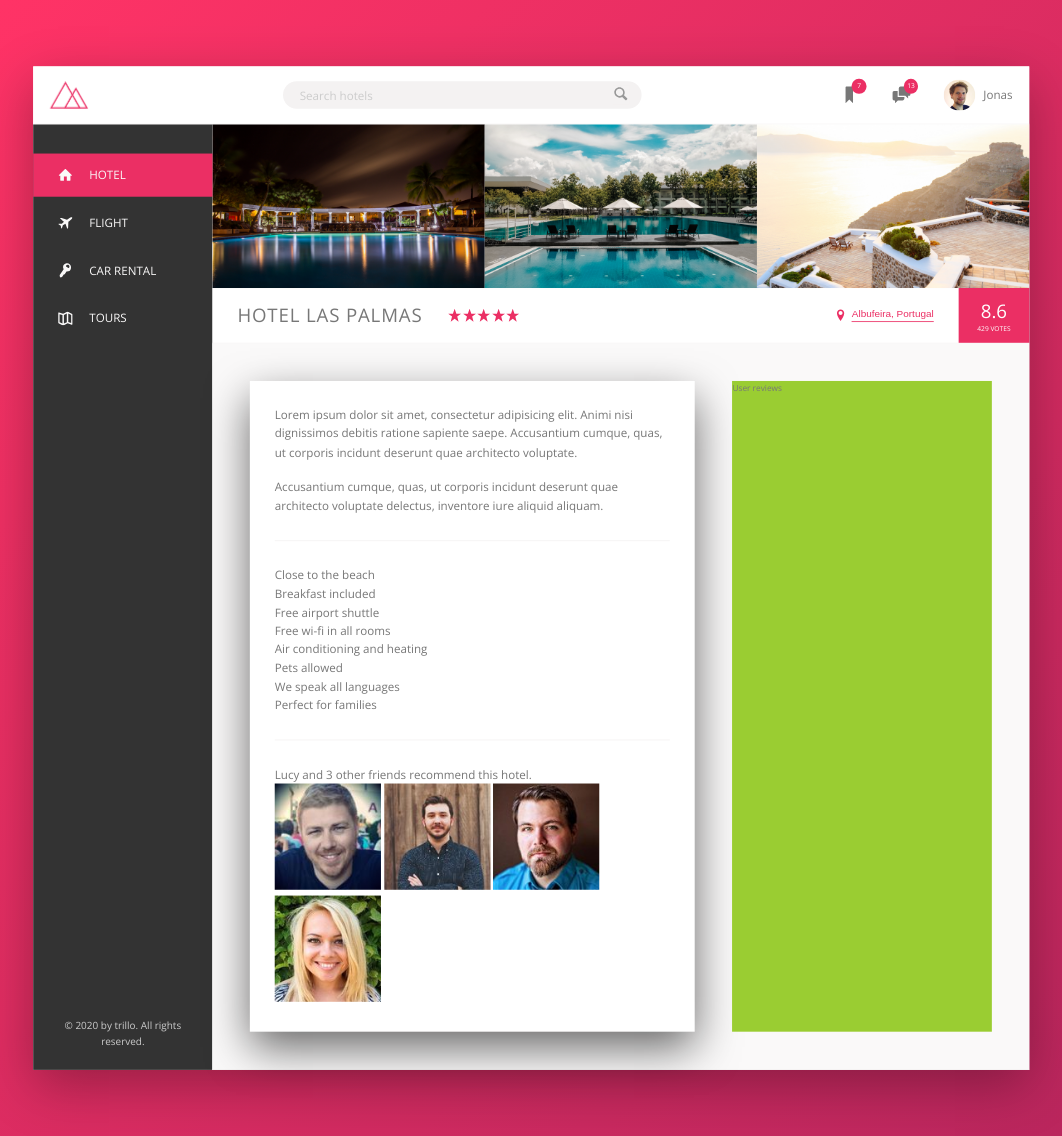
Repository: Lithium87/Trillo
Page: index.html
These files come from the project's save history. The page is drawn as it stood at one moment and after the next save; the edit follows.
The browser window is 1280 px wide. The pictures show the whole page, at 83% of full size.
The style sheet was rebuilt from its Sass, Less or Tailwind sources for each picture, by a compiler version that may differ from the author's.

Above is the page before, as saved 2020-05-16 23:58:55.

After the next save:
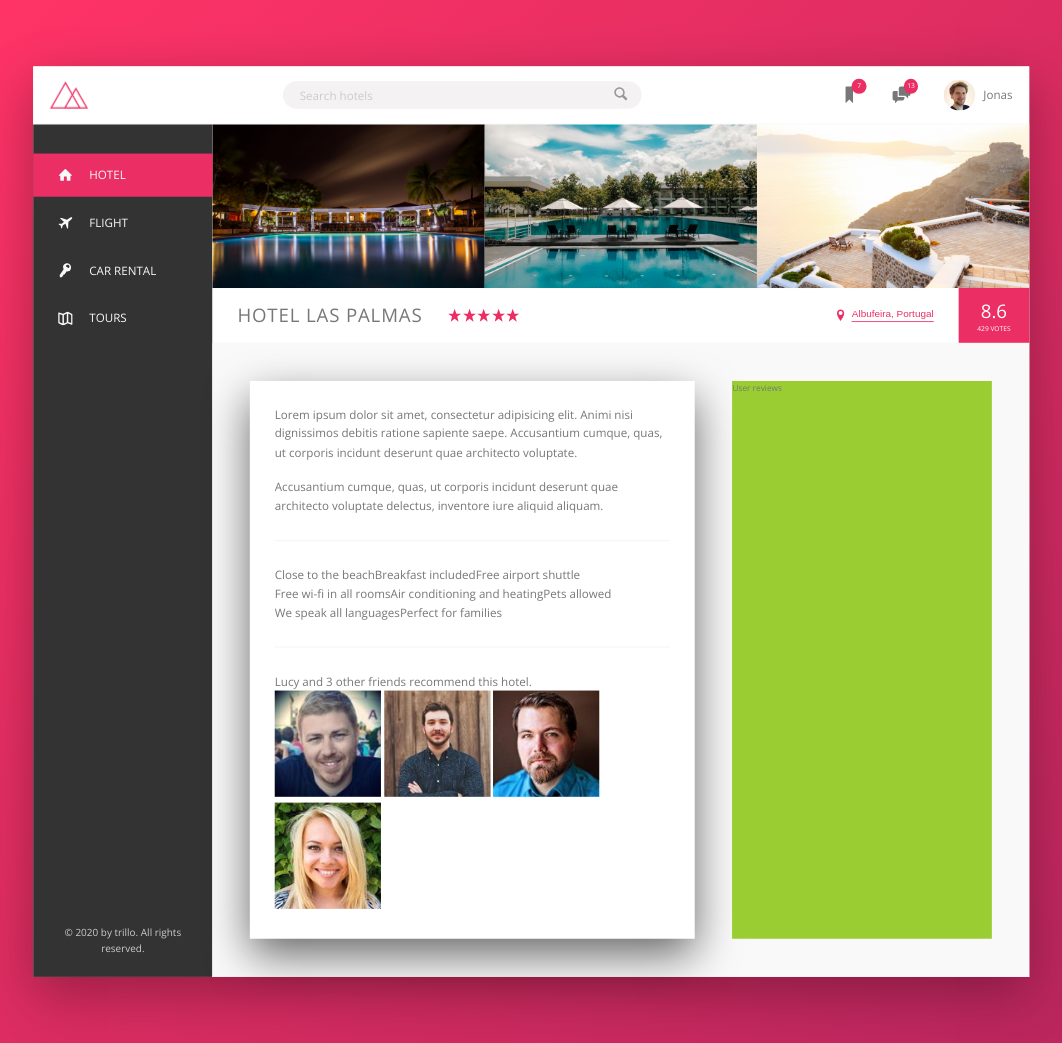
Saved 14 min 16 s later.
--- a/sass/_components.scss
+++ b/sass/_components.scss
@@ -271,6 +271,8 @@
     padding: 3rem 0;
     border-top: var(--line);
     border-bottom: var(--line);
+    display: flex;
+    flex-wrap: wrap;
 }
 
 ///////////////////////
